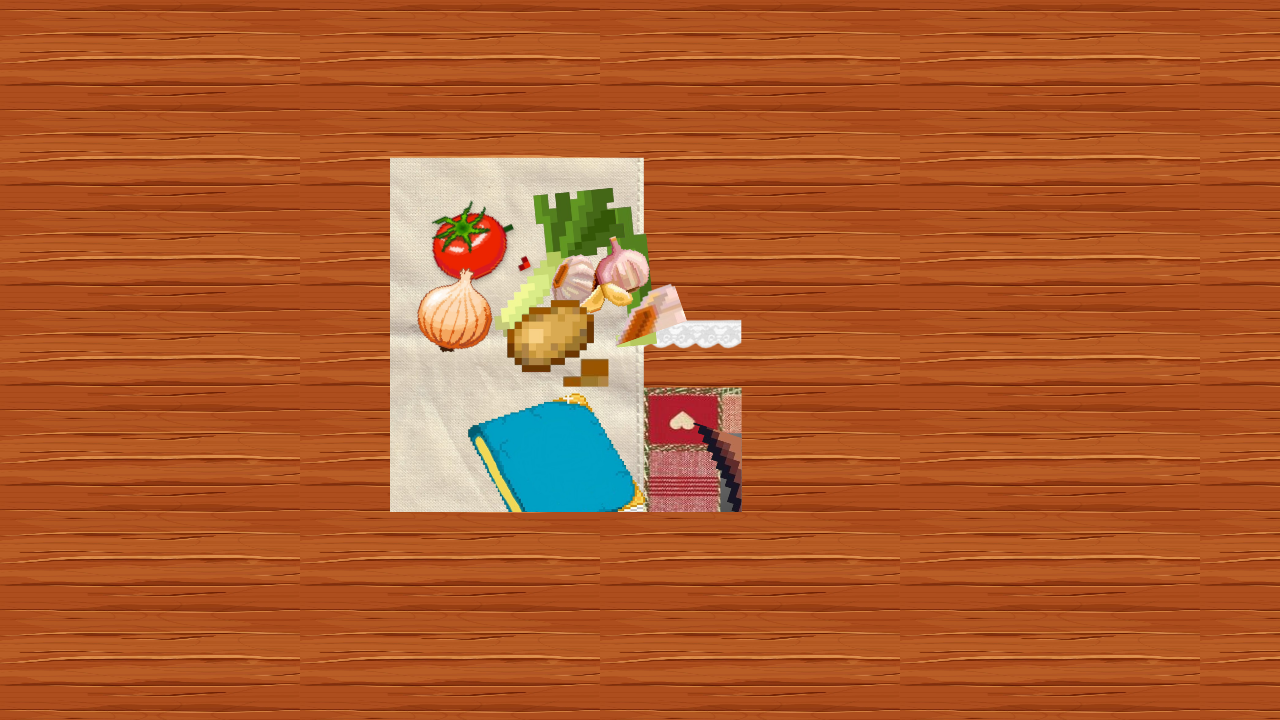
Repository: AJamdonuts/ToddyTalks
Page: playingaround2/pages/chefsujin.html
These files come from the project's save history. The page is drawn as it stood at one moment and after the next save; the edit follows.
The browser window is 1280 px wide. The pictures show the whole page.

Above is the page before, as saved 2025-11-26 20:43:30.

### playingaround2/pages/chefsujin.html
<!DOCTYPE html>
<html>
<head>
    <meta charset="UTF-8">
    <meta name="viewport" content="width=device-width, initial-scale=1">
    <link href="/playingaround2/styles/chefsujin.css" rel="stylesheet">
    <script src="/playingaround2/javascript/chefsujin.js" defer></script>
    <title>Chef Sujin</title>
    <link rel="icon" type="image/x-icon" href="/playingaround2/images/favicon.ico">
</head>
<body>
    <div class="canvas">
        <img src="/playingaround2/images/09362b8ce39beb85f830c3373e6b392c-removebg-preview.png" alt="Chef Sujin Banner" class="chef-sujin-banner">
        <img src="/playingaround2/images/b41e50d46e26e9463ce130b2da7a46aa.jpg" class="creamtexture">
        <img src="/playingaround2/images/check table cloth.jpg" class="checktablecloth">
        <img src="/playingaround2/images/pxArt-2.png" class="hob">
        <img src="/playingaround2/images/pixil-frame-0-removebg-preview 1.png" class="recipebook">
        <img src="/playingaround2/images/fishpan.png" class="fishpan">
        <img src="/playingaround2/images/leek-removebg-preview.png" class="leek">
        <img src="/playingaround2/images/garlic-removebg-preview.png" class="garlic">
        <img src="/playingaround2/images/d95fa1e62c663504736614e026fc4862-removebg-preview.png" class="potato">
        <img src="/playingaround2/images/pixil-frame-0-removebg-preview.png" class="eggpan" >
        <img src="/playingaround2/images/pxArt-2-removebg-preview.png" class="vegpan">
        <img src="/playingaround2/images/pxArt-removebg-preview.png" class="plate">
        <img src="/playingaround2/images/tomato-removebg-preview.png" class="tomato">
        <img src="/playingaround2/images/onion-removebg-preview.png" class="onion">
        <img src="/playingaround2/images/IMG_0236_2-removebg-preview.png" class="beararm1" >
        <img src="/playingaround2/images/IMG_0236-removebg-preview.png" class="beararm2" >
    </div>

</body>
</html>

### playingaround2/styles/chefsujin.css


/* Add a main container to hold all your absolutely positioned elements */
.canvas {
    position: relative;
    width: 100%;
    height: 100%;
    max-width: fit-content;
    max-height: fit-content;
    transform-origin: bottom left;
    transform: scale(var(--scale-factor, 1));
    overflow: hidden;
}

/* Use Flexbox on the body to center the .canvas element when it hits the max size */
body {
    display: flex;
    justify-content: center; /* horizontally center canvas */
    align-items: flex-end;   /* vertically position canvas as needed */

    background-image: url('/playingaround2/images/kitchencounter.jpg');
    background-repeat: repeat;      /* repeat the image */
    background-size: 300px 100px;   /* set width and height for each tile */
    background-position: top left;  /* start tiling from top-left */
    background-attachment: scroll;  /* moves with page */
    background-color: #ffffff;      /* fallback color */
}

.tomato {
    position: absolute;
    width: 133.75px;
    height: 133.75px;
    left: 45.02px;
    top: 55.06px;
    background: url(tomato-removebg-preview.png);
    filter: drop-shadow(0px 4px 4px rgba(0, 0, 0, 0.25));
    border-radius: 4px;
    transform: rotate(-24.58deg);
}

.potato {
    position: absolute;
    width: 165px;
    height: 165px;
    left: 146px;
    top: 161px;
    background: url(d95fa1e62c663504736614e026fc4862-removebg-preview.png);
}

.leek {
    position: absolute;
    width: 257.96px;
    height: 257.96px;
    left: 109.95px;
    top: 20px;
    background: url(leek-removebg-preview.png);
    transform: rotate(-5.62deg);
}

.garlic {
    position: absolute;
    width: 194.8px;
    height: 194.8px;
    left: 200.62px;
    top: 74.87px;
    background: url(garlic-removebg-preview.png);
    transform: rotate(-19.27deg);
}

.onion {
    position: absolute;
    width: 126.18px;
    height: 144.28px;
    left: 32px;
    top: 145.3px;
    background: url(onion-removebg-preview.png);
    transform: rotate(17.63deg);
    }

.recipebook {
    position: absolute;
    width: 300px;
    height: 300px;
    left: 90px;
    top: 302px;
}

.plate {
    position: absolute;
    width: 334.76px;
    height: 332.75px;
    left: -40px;
    top: 616px;
    background: url(pxArt-removebg-preview.png);
    transform: rotate(19.64deg);
}

.beararm1 {
    position: absolute;
    width: 448.49px;
    height: 883.17px;
    left: 132px;
    top: 374px;
    background: url(IMG_0236_2-removebg-preview.png);
    transform: matrix(0.95, 0.31, 0.31, -0.95, 0, 0);
}

.beararm2 {
    position: absolute;
    width: 348.8px;
    height: 764.5px;
    left: 1062px;
    top: 450px;
    background: url(IMG_0236-removebg-preview.png);
    transform: matrix(0.99, -0.13, -0.13, -0.99, 0, 0);
}

.fishpan {
    position: absolute;
    width: 546.95px;
    height: 546.95px;
    left: 460px;
    top: 280px;
    background: url(fishpan.png);
    transform: rotate(-6.22deg);
}

.eggpan {
    position: absolute;
    width: 396px;
    height: 396px;
    left: 860px;
    top: 362.44px;
    background: url(pixil-frame-0-removebg-preview.png);
    transform: rotate(177.33deg);
}

.vegpan {
    position: absolute;
    width: 207px;
    height: 310px;
    left: 560px;
    top: 680px;
    background: url(pxArt-2-removebg-preview.png);
    transform: rotate(81.24deg);
}

.hob {
    position: absolute;
    width: 716px;
    height: 632px;
    left: 470px;
    top: 392px;
    background: url(pxArt-2.png);
}

.creamtexture {
    position: absolute;
    width: 476px;
    height: 696px;
    left: -115px;
    bottom:0px;
    background: url(b41e50d46e26e9463ce130b2da7a46aa.jpg);
}

.checktablecloth {
    position: absolute;
    width: 900px;
    height: 697px;
    left: 361px;
    top: 327px;
}

### playingaround2/javascript/chefsujin.js
function calculateScaleFactor() {
    // Define the original design dimensions
    const DESIGN_WIDTH = 1440;
    const DESIGN_HEIGHT = 1024;

    // Get the current viewport dimensions
    const viewportWidth = window.innerWidth;
    const viewportHeight = window.innerHeight;

    // Calculate the scale factor for both dimensions
    const widthScale = viewportWidth / DESIGN_WIDTH;
    const heightScale = viewportHeight / DESIGN_HEIGHT;

    // Use the smaller scale factor to ensure everything fits inside the window
    const scaleFactor = Math.min(widthScale, heightScale);

    // Get the .canvas element
    const canvas = document.querySelector('.canvas');

    // Apply the scale factor as a CSS variable
    if (canvas) {
        // If the viewport is larger than the design max, don't scale up past 1
        const finalScale = Math.min(scaleFactor, 1);
        canvas.style.setProperty('--scale-factor', finalScale);

        // Additionally, set the fixed width/height so the centering works correctly
        canvas.style.width = `${DESIGN_WIDTH}px`;
        canvas.style.height = `${DESIGN_HEIGHT}px`;
    }
}

// Run on load and on every window resize
window.addEventListener('resize', calculateScaleFactor);
document.addEventListener('DOMContentLoaded', calculateScaleFactor);

After the next save:
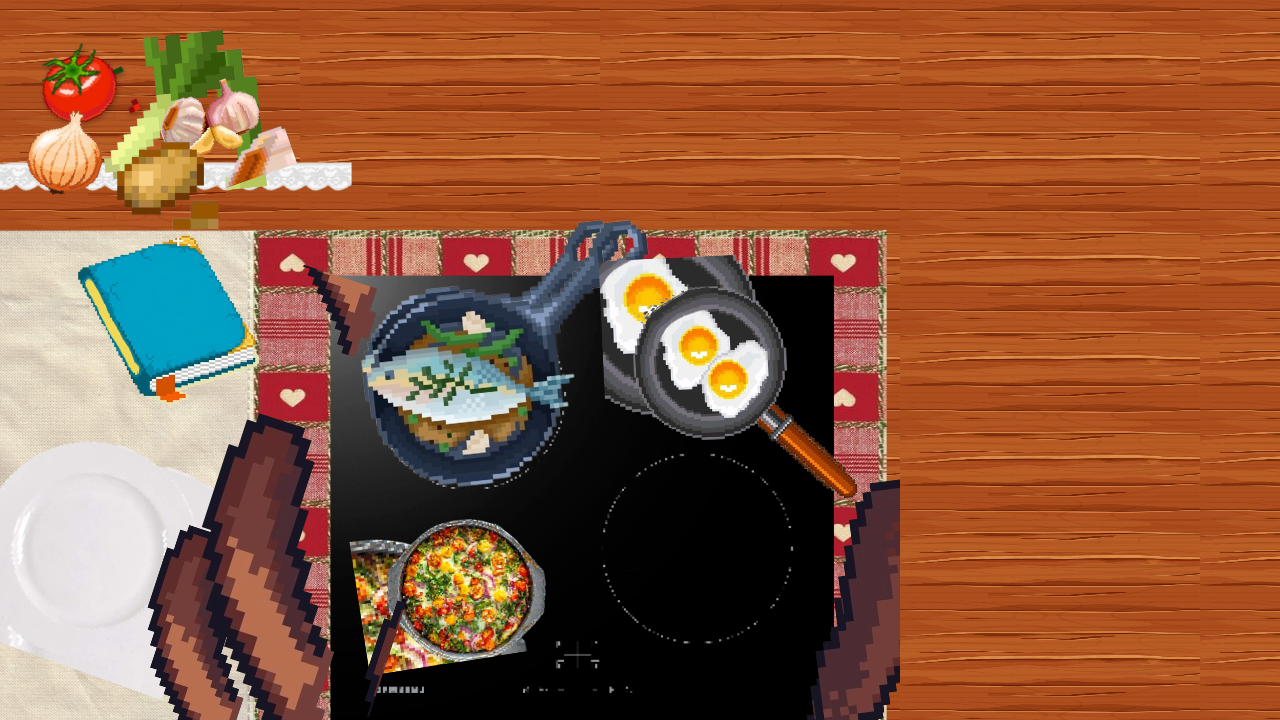
Saved 3 min 47 s later.
--- a/playingaround2/styles/chefsujin.css
+++ b/playingaround2/styles/chefsujin.css
@@ -5,8 +5,8 @@
     position: relative;
     width: 100%;
     height: 100%;
-    max-width: fit-content;
-    max-height: fit-content;
+    max-width: 1440px;
+    max-height: 1024px;
     transform-origin: bottom left;
     transform: scale(var(--scale-factor, 1));
     overflow: hidden;
@@ -24,6 +24,15 @@ body {
     background-position: top left;  /* start tiling from top-left */
     background-attachment: scroll;  /* moves with page */
     background-color: #ffffff;      /* fallback color */
+}
+
+html, body {
+    margin: 0;
+    padding: 0;
+    /* Crucial: Sets the viewport as the reference size */
+    width: 100vw;
+    height: 100vh;
+    overflow: hidden;
 }
 
 .tomato {
